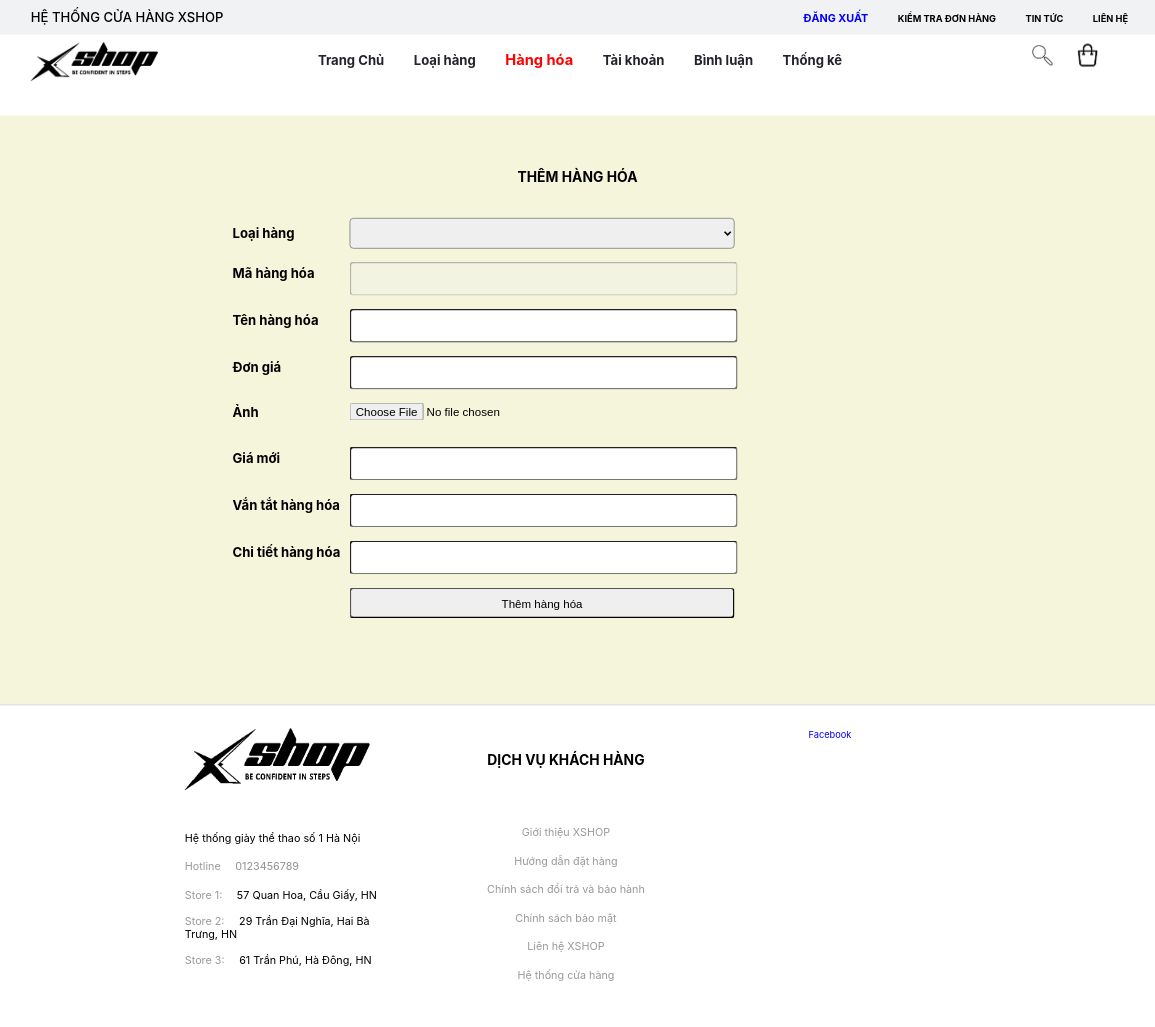
Repository: tienaq123/dam
Page: http://localhost/ass/ad/themsanpham.php
The author's editor kept a copy of each file at every save. The page is drawn from the files as they stood at one save, then again after the next save.
The browser window is 1280 px wide. The page is 1500 px wide, so the pictures cover 1500 px, including what lies to the right of the window. The pictures show the whole page, at 77% of full size.
The page is run by PHP 8.4 with error messages shown; the project is at /var/www/html/. Queries for data that is not in the repository find no rows.

Above is the page before, as saved 2021-10-22 02:14:06.

### ad/themsanpham.php
<?php ob_start(); ?>
<!DOCTYPE html>
<html lang="en">

<head>
    <meta charset="UTF-8">
    <meta http-equiv="X-UA-Compatible" content="IE=edge">
    <meta name="viewport" content="width=device-width, initial-scale=1.0">
    <title>Thêm hàng hóa</title>
    <link rel="stylesheet" href="../css/them.css">
</head>

<body>
    <div id="wapper">

        <div id="topbar">
            <a href="#">
                <h2> HỆ THỐNG CỬA HÀNG XSHOP</h2>
            </a>
            <ul>
                <li><a class="active" style="color:blue; font-size: 14px;" href="../logout.php">ĐĂNG XUẤT</a></li>
                <li><a href="product.php">KIỂM TRA ĐƠN HÀNG</a></li>
                <li><a href="product.php">TIN TỨC</a></li>
                <li><a href="product.php">LIÊN HỆ</a></li>
            </ul>
        </div>
        <header id="header">
            <div id="logo">
                <a href="http://localhost/xshop/"> <img src="../img/logo.png" alt="Logo"></a>
            </div>
            <div class="menu">
                <ul>
                    <li><a href="../home.php">Trang Chủ</a></li>
                    <li><a href="quantridanhmuc.php">Loại hàng</a></li>
                    <li><a href="quantrisanpham.php" style="color: red; font-size: 19px;">Hàng hóa</a></li>
                    <li><a href="quantritaikhoan.php">Tài khoản</a></li>
                    <li><a href="quantritaikhoan.php">Bình luận</a></li>
                    <li><a href="quantritaikhoan.php">Thống kê</a></li>
                    <div id="nav">
                        <a href="product.php"> <img src="../img/search.png" alt=""></a>
                        <a href="product.php"><img src="../img/giohang.png" alt=""></a>
                    </div>
                </ul>

            </div>

        </header>

        <!-- END HEADER -->

        <main>
            <h2 style="text-align: center; margin: 20px 0px 40px 0px;">THÊM HÀNG HÓA</h2>
            <form action="" method="POST" enctype="multipart/form-data">

                <table>
                    <tr>
                        <td class="left">Loại hàng</td>
                        <td class="right"><select style="width: 500px; height: 40px; border-radius: 5px;" name="danhmuc">
                                <?php
                                include '../db.php';
                                $sqldmuc = "select * from danhmuc";
                                $kqdm = $conn->query($sqldmuc);
                                foreach ($kqdm as $key => $rows) {
                                ?>
                                    <option value="<?php echo $rows['id_danhmuc'] ?>"><?php echo $rows['tendanhmuc'] ?>
                                    </option>
                                <?php
                                }
                                ?>
                            </select> <br></td>
                    </tr>

                    <tr>
                        <td class="left">Mã hàng hóa</td>
                        <td class="right"><input type="text" name="ma_hh" disabled> <br></td>
                    </tr>

                    <tr>
                        <td class="left">Tên hàng hóa</td>
                        <td class="right"><input type="text" name="tensp"> <br></td>
                    </tr>

                    <tr>
                        <td class="left">Đơn giá</td>
                        <td class="right"><input type="text" name="don_gia"> <br></td>
                    </tr>

                    <tr>
                        <td class="left">Ảnh</td>
                        <td class="right"><input type="file" name="anhsp"><br></td>
                    </tr>



                    <tr>
                        <td class="left">Giá mới</td>
                        <td class="right"><input type="text" name="giamoi"> <br></td>
                    </tr>

                    <tr>
                        <td class="left">Vắn tắt hàng hóa</td>
                        <td class="right"><input type="text" name="vantatsp"> <br></td>
                    </tr>

                    <tr>
                        <td class="left">Chi tiết hàng hóa</td>
                        <td class="right"><input type="text" name="chitietsp"> <br></td>
                    </tr>

                    <tr>
                        <td></td>
                        <td class="right"><input type="submit" value="Thêm hàng hóa" name="btn"></td>
                    </tr>
                </table>

            </form>
            <?php
            if (isset($_POST['btn'])) {
                $tensp = $_POST['tensp'];
                $giacu = $_POST['giacu'];
                $giamoi = $_POST['giamoi'];
                $vantatsp = $_POST['vantatsp'];
                $chitietsp = $_POST['chitietsp'];
                $danhmuc = $_POST['danhmuc'];

                $tenanh = $_FILES['anhsp']['name'];
                $duongdananh = $_FILES['anhsp']['tmp_name'];
                move_uploaded_file($duongdananh, '../images/' . $tenanh);

                $sql = "insert into sanpham values(null, '$tensp', '$tenanh', '$giacu', '$giamoi', '$vantatsp', '$chitietsp', '$danhmuc')";
                $kq = $conn->prepare($sql);
                if ($kq->execute()) {
                    header("location:quantrisanpham.php");
                } else {
                    echo "Không thêm được";
                }
            }
            ?>
        </main>

        <footer id="footer">
            <div id="logo_footer">
                <a href="#"><img src="../img/logo.png" alt=""></a>
                <p>Hệ thống giày thể thao số 1 Hà Nội</p>
                <p class="hotline"><span>Hotline</span> <a href="#">0123456789</a></p>
                <p><span>Store 1:</span> 57 Quan Hoa, Cầu Giấy, HN <br> <br> <span>Store 2:</span> 29 Trần Đại Nghĩa,
                    Hai Bà Trưng, HN <br> <br><span>Store 3:</span> 61
                    Trần Phú, Hà Đông, HN <br> <br> </p>
            </div>
            <div id="dichvu">
                <h2>DỊCH VỤ KHÁCH HÀNG</h2>
                <p><a href="#">Giới thiệu XSHOP</a> <br> </p>
                <p><a href="#">Hướng dẫn đặt hàng</a> <br> </p>
                <p><a href="#">Chính sách đổi trả và bảo hành</a> <br> </p>
                <p><a href="#">Chính sách bảo mật</a> <br> </p>
                <p><a href="#">Liên hệ XSHOP</a> <br> </p>
                <p><a href="#">Hệ thống cửa hàng</a></p>
            </div>

            <div id="facebook">
                <div id="fb-root"></div>
                <script async defer crossorigin="anonymous" src="https://connect.facebook.net/vi_VN/sdk.js#xfbml=1&version=v10.0&appId=256623368880552&autoLogAppEvents=1" nonce="aj8H3wq8"></script>
                <div class="fb-page" data-href="https://www.facebook.com/facebook" data-tabs="timeline" data-width="250" data-height="300" data-small-header="false" data-adapt-container-width="true" data-hide-cover="false" data-show-facepile="true">
                    <blockquote cite="https://www.facebook.com/facebook" class="fb-xfbml-parse-ignore"><a href="https://www.facebook.com/facebook">Facebook</a></blockquote>
                </div>
            </div>
        </footer>
    </div>
</body>

</html>

### db.php
<?php
    try {
        $conn=new PDO("mysql:host=localhost; dbname=dam;charset=utf8", "root", "");
    } catch (PDOException $e) {
        echo "Lỗi kết nối";
    }

### css/them.css
img {
    width: 200px;
}

* {
    margin: 0;
    padding: 0;
}

body {
    font-family: -apple-system, BlinkMacSystemFont, 'Segoe UI', Roboto, Oxygen, Ubuntu, Cantarell, 'Open Sans', 'Helvetica Neue', sans-serif;
    font-size: 12px;
}

a {
    text-decoration: none;
    color: blue;
    list-style: none;
}



img {
    border: 0px;
}

header,
nav,
section,
aside,
article,
footer,
table,
figure {
    display: block;
}

/* code page */

#wapper {
    width: 1500px;
    margin: auto;
    ;
    overflow: hidden;
}

#topbar {
    width: 1500px;
    height: 45px;
    background-color: #f1f2f4;
    float: left;
}

#topbar h2 {
    font-size: 17px;
    font-weight: 500;
    line-height: 45px;
    margin-left: 40px;
    color: #000;
    float: left;
}

#topbar ul {
    float: right;
}

#topbar ul li {
    display: inline-block;
    line-height: 45px;
    margin-right: 35px;
}

#topbar ul li a {
    color: #000;
    font-weight: bolder;
}

#topbar ul li a:hover {
    color: #775454;
}

#topbar ul li .active {
    color: cornflowerblue;
    font-size: 14px;
}

#header {
    width: 100%;
    height: 100px;
    background-color: #ffffff;
    padding: 10px 0 40px 0;
}

#header #logo img {
    float: left;
    width: 165px;
    height: 50px;
    color: #000;
    margin: 10px 0 0 40px;
}

#header .menu ul {
    text-align: center;
    margin-right: 50px;
    line-height: 66px;
}

#header .menu ul li {
    display: inline-block;
    margin-right: 35px;
}

#header .menu ul li a {
    font-size: 17px;
    font-weight: bold;
    color: #23232c;
}

#header .menu ul li a:hover {
    color: red;
}

#nav {
    float: right;
    line-height: 80px;
}

#nav img {
    width: 35px;
    height: 35px;
    margin-right: 20px;
}

main {
    background-color: beige;
    padding: 50px 0px 100px 0px;
}

main table {
    margin: 10px 0px 10px 300px;
}

main table .left {
    width: 150px;
    height: 30px;
    font-size: 17px;
    font-weight: bold;
    margin-top: 15px;
}

main table input {
    width: 500px;
    height: 40px;
    border-radius: 5px;
    margin-top: 15px;
    font-size: 15px;
}

main table tr {
    padding-top: 50px;
    border: 1px solid black;
}

/* END MAIN */

#footer {
    width: 1500px;
    border-top: 1px solid #ccc;
    display: grid;
    grid-template-columns: 1fr 1fr 1fr;
}

#footer #logo_footer {
    float: left;
}

#footer #logo_footer img {
    width: 240px;
    height: 80px;
    margin: 30px 0 30px 240px;
}

#footer #logo_footer a {
    color: #909097;
}

#footer #logo_footer span {
    color: #999999;
    margin-right: 15px;
}

#footer #logo_footer p {
    font-size: 14px;
    margin: 20px 0 20px 240px;
}

#footer #dichvu {
    text-align: center;
    margin: 60px 30px 40px 0;
}

#footer #dichvu h2 {
    margin-bottom: 75px;
}

#footer #dichvu p {
    margin-bottom: 20px;
}

#footer #dichvu p a {
    font-size: 14px;
    color: #999999;
}

#footer #facebook {
    margin: 30px 0 0 50px;
}

After the next save:
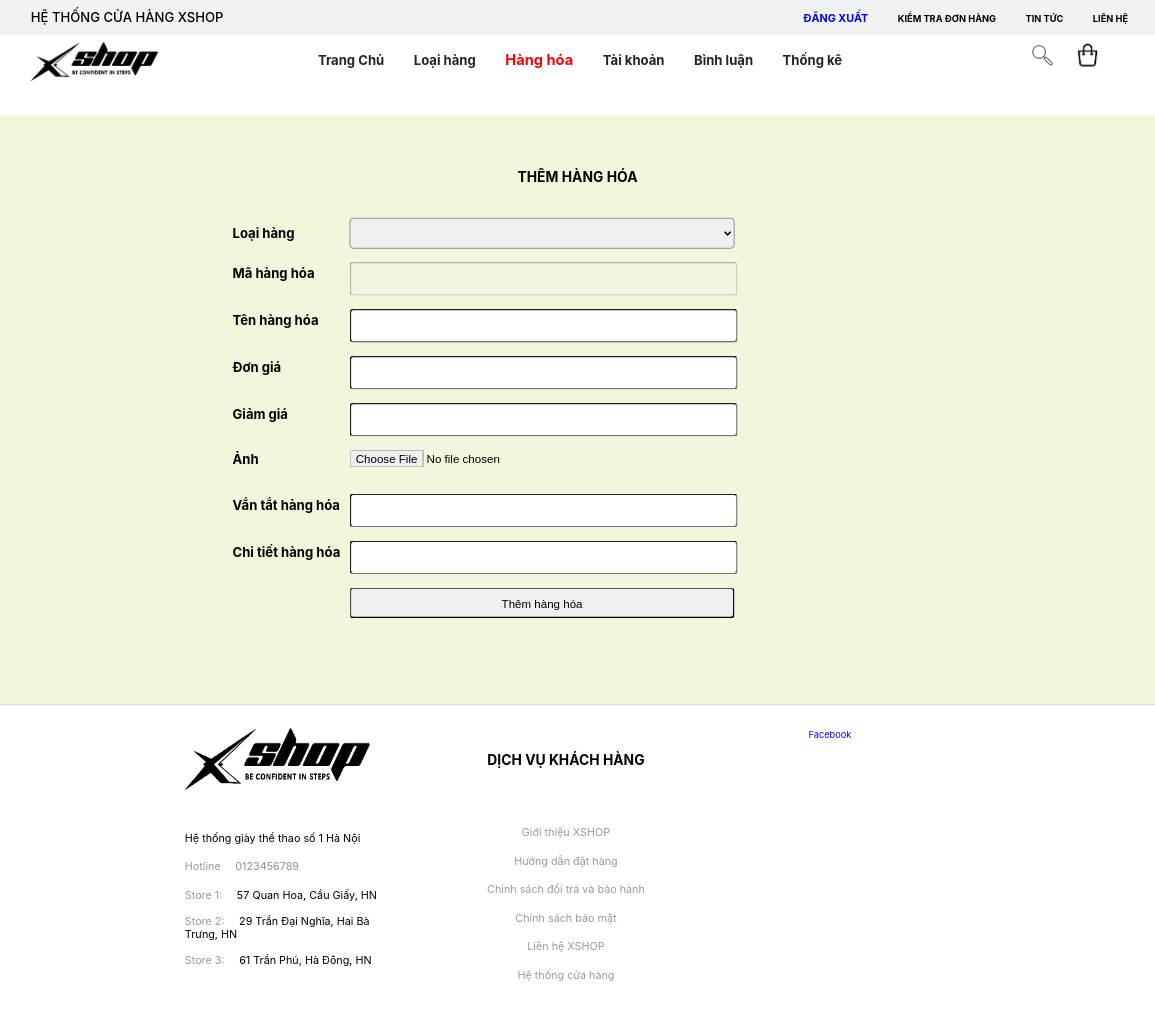
Saved 33 s later.
--- a/ad/themsanpham.php
+++ b/ad/themsanpham.php
@@ -86,16 +86,17 @@
                     </tr>
 
                     <tr>
+                        <td class="left">Giảm giá</td>
+                        <td class="right"><input type="text" name="giamoi"> <br></td>
+                    </tr>
+                    <tr>
                         <td class="left">Ảnh</td>
                         <td class="right"><input type="file" name="anhsp"><br></td>
                     </tr>
 
 
 
-                    <tr>
-                        <td class="left">Giá mới</td>
-                        <td class="right"><input type="text" name="giamoi"> <br></td>
-                    </tr>
+
 
                     <tr>
                         <td class="left">Vắn tắt hàng hóa</td>
